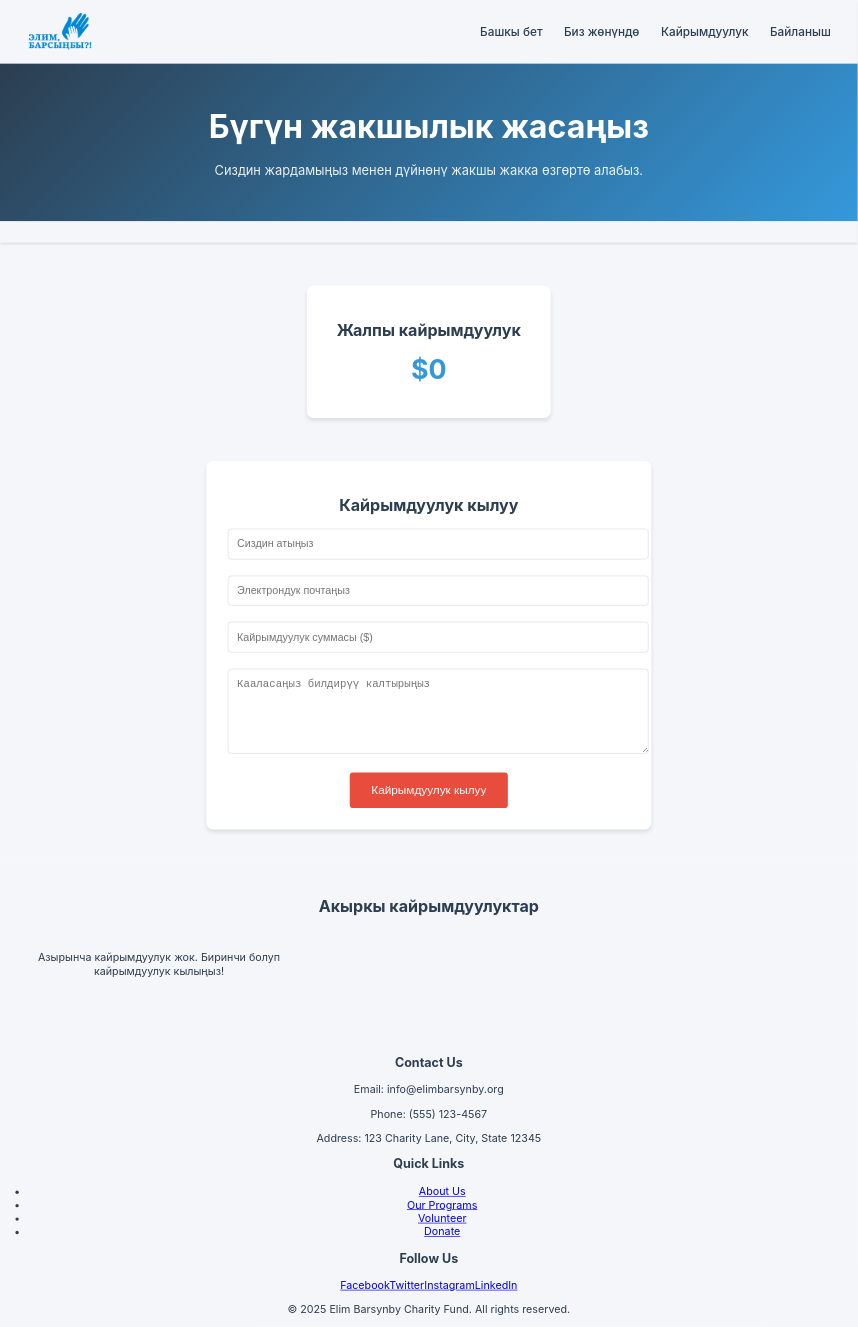
Repository: krmvz/elimbarsynby-
Page: / (app in elim-barsynby-charity/)
These files come from the project's save history. The page is drawn as it stood at one moment and after the next save; the edit follows.
The browser window is 1280 px wide. The pictures show the whole page, at 67% of full size.
The page's requests for data from a server got no answer. The project was rebuilt for these pictures with package versions that can differ from the ones it lists, and the page was loaded fresh each time. No one was signed in, and anything a server would have sent is missing.

Above is the page before, as saved 2025-06-17 18:59:12.

### elim-barsynby-charity/public/index.html
<!DOCTYPE html>
<html lang="en">
  <head>
    <meta charset="utf-8" />
    <link rel="icon" href="%PUBLIC_URL%/favicon.ico" />
    <meta name="viewport" content="width=device-width, initial-scale=1" />
    <meta name="theme-color" content="#2c3e50" />
    <meta
      name="description"
      content="Elim Barsynby Charity Fund - Making a difference in our community through your generous donations"
    />
    <link rel="apple-touch-icon" href="%PUBLIC_URL%/logo192.png" />
    <link rel="manifest" href="%PUBLIC_URL%/manifest.json" />
    <title>Elim Barsynby Charity Fund</title>
  </head>
  <body>
    <noscript>You need to enable JavaScript to run this app.</noscript>
    <div id="root"></div>
  </body>
</html>

### elim-barsynby-charity/src/App.tsx
import React, { useState, useEffect } from 'react';
import Header from './components/Header';
import Footer from './components/Footer';
import './App.css';
import './components/styles.css';

interface Donation {
  _id: string;
  donor: string;
  amount: number;
  message?: string;
  date: string;
}

function App() {
  const [donations, setDonations] = useState<Donation[]>([]);
  const [totalDonations, setTotalDonations] = useState<number>(0);
  const [formData, setFormData] = useState({
    donor: '',
    amount: '',
    message: '',
    email: ''
  });

  useEffect(() => {
    fetchDonations();
    fetchTotalDonations();
  }, []);

  const fetchDonations = async () => {
    try {
      const response = await fetch('http://localhost:5000/api/donations');
      if (!response.ok) {
        throw new Error('Failed to fetch donations');
      }
      const data = await response.json();
      setDonations(Array.isArray(data) ? data : []);
    } catch (error) {
      console.error('Error fetching donations:', error);
      setDonations([]);
    }
  };

  const fetchTotalDonations = async () => {
    try {
      const response = await fetch('http://localhost:5000/api/donations/total');
      if (!response.ok) {
        throw new Error('Failed to fetch total donations');
      }
      const data = await response.json();
      setTotalDonations(data.total || 0);
    } catch (error) {
      console.error('Error fetching total donations:', error);
      setTotalDonations(0);
    }
  };

  const handleSubmit = async (e: React.FormEvent) => {
    e.preventDefault();
    try {
      const response = await fetch('http://localhost:5000/api/donations', {
        method: 'POST',
        headers: {
          'Content-Type': 'application/json',
        },
        body: JSON.stringify(formData),
      });
      if (!response.ok) {
        throw new Error('Failed to submit donation');
      }
      setFormData({ donor: '', amount: '', message: '', email: '' });
      fetchDonations();
      fetchTotalDonations();
    } catch (error) {
      console.error('Error submitting donation:', error);
    }
  };

  const handleChange = (e: React.ChangeEvent<HTMLInputElement | HTMLTextAreaElement>) => {
    setFormData({
      ...formData,
      [e.target.name]: e.target.value
    });
  };

  return (
    <div className="App">
      <Header />

      <main className="main-content">
        <section className="donation-stats">
          <div className="stat-card">
            <h2>Жалпы кайрымдуулук</h2>
            <p className="amount">${totalDonations.toLocaleString()}</p>
          </div>
        </section>

        <section className="donation-form" id="donate">
          <h2>Кайрымдуулук кылуу</h2>
          <form onSubmit={handleSubmit}>
            <div className="form-group">
              <input
                type="text"
                name="donor"
                value={formData.donor}
                onChange={handleChange}
                placeholder="Сиздин атыңыз"
                required
              />
            </div>
            <div className="form-group">
              <input
                type="email"
                name="email"
                value={formData.email}
                onChange={handleChange}
                placeholder="Электрондук почтаңыз"
                required
              />
            </div>
            <div className="form-group">
              <input
                type="number"
                name="amount"
                value={formData.amount}
                onChange={handleChange}
                placeholder="Кайрымдуулук суммасы ($)"
                required
              />
            </div>
            <div className="form-group">
              <textarea
                name="message"
                value={formData.message}
                onChange={handleChange}
                placeholder="Кааласаңыз билдирүү калтырыңыз"
              />
            </div>
            <button type="submit" className="donate-button">Кайрымдуулук кылуу</button>
          </form>
        </section>

        <section className="recent-donations">
          <h2>Акыркы кайрымдуулуктар</h2>
          <div className="donations-list">
            {donations && donations.length > 0 ? (
              donations.map((donation) => (
                <div key={donation._id} className="donation-card">
                  <h3>{donation.donor}</h3>
                  <p className="amount">${donation.amount}</p>
                  {donation.message && <p className="message">"{donation.message}"</p>}
                  <p className="date">{new Date(donation.date).toLocaleDateString()}</p>
                </div>
              ))
            ) : (
              <p>Азырынча кайрымдуулук жок. Биринчи болуп кайрымдуулук кылыңыз!</p>
            )}
          </div>
        </section>
      </main>

      <Footer />
    </div>
  );
}

export default App;

### elim-barsynby-charity/src/components/Header.tsx
import React from 'react';
import Logo from './Logo';
import './styles.css';

const Header: React.FC = () => {
  return (
    <header className="header">
      <div className="header-content">
        <div className="logo-container">
          <Logo />
        </div>
        <nav className="nav-menu">
          <a href="#home" className="nav-link">Башкы бет</a>
          <a href="#about" className="nav-link">Биз жөнүндө</a>
          <a href="#donate" className="nav-link">Кайрымдуулук</a>
          <a href="#contact" className="nav-link">Байланыш</a>
        </nav>
      </div>

      <div className="hero">
        <h1>Бүгүн жакшылык жасаңыз</h1>
        <p>Сиздин жардамыңыз менен дүйнөнү жакшы жакка өзгөртө алабыз.</p>
      </div>
    </header>
  );
};

export default Header;

### elim-barsynby-charity/src/components/Footer.tsx
import React from 'react';

const Footer: React.FC = () => {
  return (
    <footer className="footer">
      <div className="footer-content">
        <div className="footer-section">
          <h3>Contact Us</h3>
          <p>Email: info@elimbarsynby.org</p>
          <p>Phone: (555) 123-4567</p>
          <p>Address: 123 Charity Lane, City, State 12345</p>
        </div>

        <div className="footer-section">
          <h3>Quick Links</h3>
          <ul>
            <li><a href="#about">About Us</a></li>
            <li><a href="#programs">Our Programs</a></li>
            <li><a href="#volunteer">Volunteer</a></li>
            <li><a href="#donate">Donate</a></li>
          </ul>
        </div>

        <div className="footer-section">
          <h3>Follow Us</h3>
          <div className="social-links">
            <a href="https://facebook.com" target="_blank" rel="noopener noreferrer">Facebook</a>
            <a href="https://twitter.com" target="_blank" rel="noopener noreferrer">Twitter</a>
            <a href="https://instagram.com" target="_blank" rel="noopener noreferrer">Instagram</a>
            <a href="https://linkedin.com" target="_blank" rel="noopener noreferrer">LinkedIn</a>
          </div>
        </div>
      </div>

      <div className="footer-bottom">
        <p>&copy; {new Date().getFullYear()} Elim Barsynby Charity Fund. All rights reserved.</p>
      </div>
    </footer>
  );
};

export default Footer;

### elim-barsynby-charity/src/App.css
:root {
  --primary-color: #2c3e50;
  --secondary-color: #3498db;
  --accent-color: #e74c3c;
  --background-color: #f5f6fa;
  --text-color: #2c3e50;
  --card-background: #ffffff;
}

.App {
  text-align: center;
  background-color: var(--background-color);
  min-height: 100vh;
  color: var(--text-color);
  display: flex;
  flex-direction: column;
}

.main-content {
  flex: 1;
  padding: 2rem 0;
}

.hero {
  background: linear-gradient(135deg, var(--primary-color), var(--secondary-color));
  color: white;
  padding: 2rem 0 4rem;
  margin-bottom: 2rem;
}

.donation-stats {
  padding: 2rem;
  margin-bottom: 2rem;
}

.stat-card {
  background: var(--card-background);
  border-radius: 10px;
  padding: 2rem;
  box-shadow: 0 4px 6px rgba(0, 0, 0, 0.1);
  display: inline-block;
  min-width: 300px;
}

.stat-card .amount {
  font-size: 2.5rem;
  color: var(--secondary-color);
  font-weight: bold;
  margin: 1rem 0;
}

.donation-form {
  max-width: 600px;
  margin: 0 auto 3rem;
  padding: 2rem;
  background: var(--card-background);
  border-radius: 10px;
  box-shadow: 0 4px 6px rgba(0, 0, 0, 0.1);
}

.form-group {
  margin-bottom: 1.5rem;
}

input, textarea {
  width: 100%;
  padding: 0.8rem;
  border: 1px solid #ddd;
  border-radius: 5px;
  font-size: 1rem;
  transition: border-color 0.3s ease;
}

input:focus, textarea:focus {
  outline: none;
  border-color: var(--secondary-color);
}

textarea {
  min-height: 100px;
  resize: vertical;
}

.donate-button {
  background-color: var(--accent-color);
  color: white;
  border: none;
  padding: 1rem 2rem;
  font-size: 1.1rem;
  border-radius: 5px;
  cursor: pointer;
  transition: background-color 0.3s ease;
}

.donate-button:hover {
  background-color: #c0392b;
}

.recent-donations {
  padding: 2rem;
  background: var(--background-color);
}

.donations-list {
  display: grid;
  grid-template-columns: repeat(auto-fill, minmax(280px, 1fr));
  gap: 1.5rem;
  padding: 1rem;
  max-width: 1200px;
  margin: 0 auto;
}

.donation-card {
  background: var(--card-background);
  border-radius: 10px;
  padding: 1.5rem;
  box-shadow: 0 2px 4px rgba(0, 0, 0, 0.1);
  transition: transform 0.3s ease;
}

.donation-card:hover {
  transform: translateY(-5px);
}

.donation-card h3 {
  color: var(--primary-color);
  margin-bottom: 0.5rem;
}

.donation-card .amount {
  font-size: 1.5rem;
  color: var(--secondary-color);
  font-weight: bold;
  margin: 0.5rem 0;
}

.donation-card .message {
  font-style: italic;
  color: #666;
  margin: 0.5rem 0;
}

.donation-card .date {
  font-size: 0.9rem;
  color: #888;
  margin-top: 0.5rem;
}

@media (max-width: 768px) {
  .hero h1 {
    font-size: 2rem;
  }

  .hero p {
    font-size: 1rem;
  }

  .donation-form {
    margin: 1rem;
  }

  .donations-list {
    grid-template-columns: 1fr;
  }
}

### elim-barsynby-charity/src/components/styles.css
.header {
  width: 100%;
  background-color: var(--background-color);
  box-shadow: 0 2px 4px rgba(0, 0, 0, 0.1);
}

.header-content {
  max-width: 1200px;
  margin: 0 auto;
  padding: 1rem 2rem;
  display: flex;
  justify-content: space-between;
  align-items: center;
}

.logo-container {
  flex-shrink: 0;
}

.logo-container svg {
  width: 150px;
  height: auto;
}

.nav-menu {
  display: flex;
  gap: 2rem;
}

.nav-link {
  color: var(--primary-color);
  text-decoration: none;
  font-weight: 500;
  font-size: 1.1rem;
  transition: color 0.3s ease;
}

.nav-link:hover {
  color: var(--secondary-color);
}

.hero {
  text-align: center;
  padding: 4rem 2rem;
  background: linear-gradient(135deg, var(--primary-color), var(--secondary-color));
  color: white;
}

.hero h1 {
  font-size: 3rem;
  margin-bottom: 1.5rem;
}

.hero p {
  font-size: 1.2rem;
  max-width: 800px;
  margin: 0 auto;
  opacity: 0.9;
}

@media (max-width: 768px) {
  .header-content {
    flex-direction: column;
    gap: 1rem;
    padding: 1rem;
  }

  .nav-menu {
    flex-direction: column;
    align-items: center;
    gap: 1rem;
  }

  .hero {
    padding: 2rem 1rem;
  }

  .hero h1 {
    font-size: 2rem;
  }

  .hero p {
    font-size: 1rem;
  }
}

### elim-barsynby-charity/src/components/Logo.tsx
import React from 'react';
import logo from '../images/IMG_3405.PNG';

const Logo: React.FC = () => {
  return (
    <img
      src={logo}
      alt="Elim Barsynby Charity Logo"
      style={{
        width: '100px',
        height: 'auto',
        objectFit: 'contain'
      }}
    />
  );
};

export default Logo;

Loaded but not shown: elim-barsynby-charity/src/index.tsx (common file); elim-barsynby-charity/src/index.css (common file); elim-barsynby-charity/src/reportWebVitals.ts (common file)

After the next save:
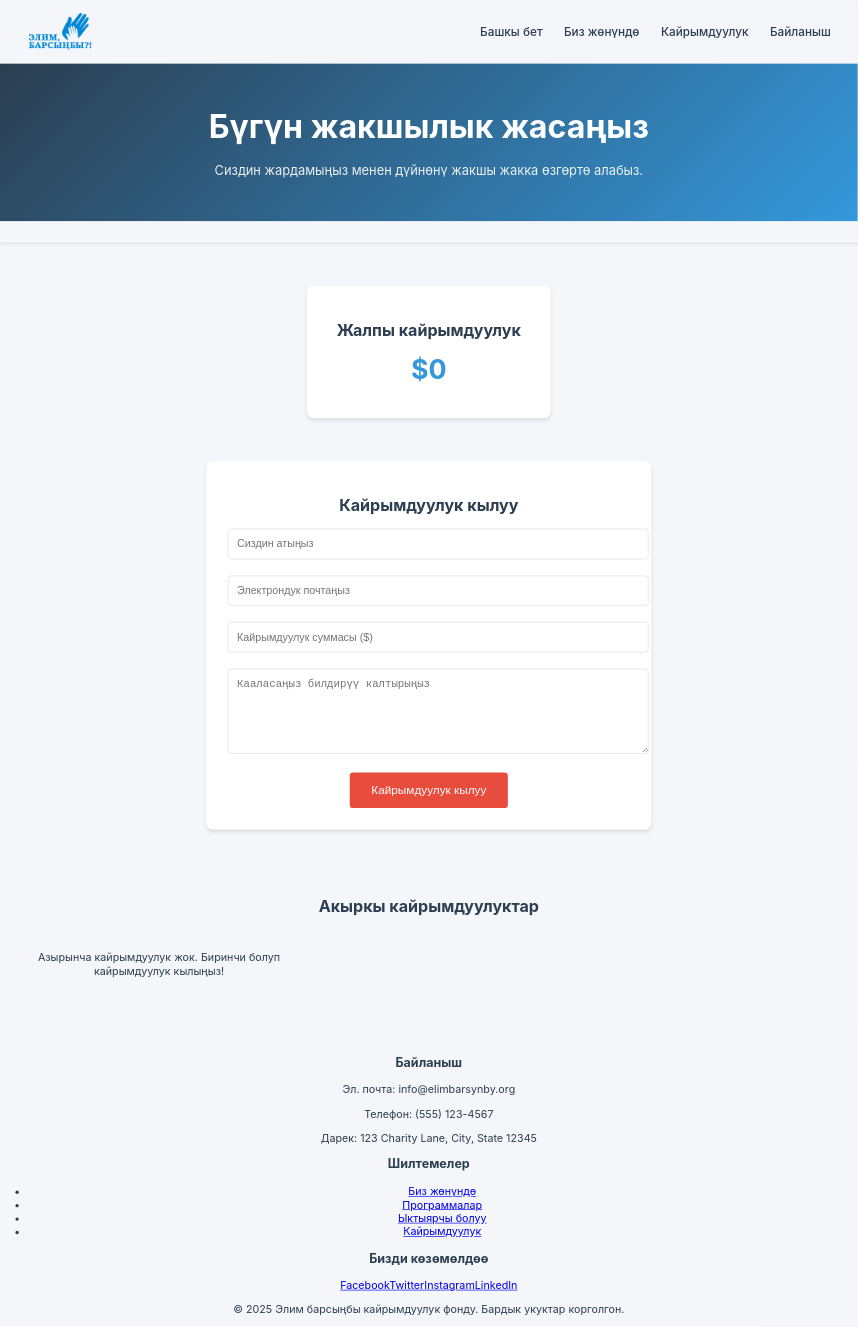
Saved 101 s later.
--- a/elim-barsynby-charity/src/components/Footer.tsx
+++ b/elim-barsynby-charity/src/components/Footer.tsx
@@ -5,24 +5,24 @@ const Footer: React.FC = () => {
     <footer className="footer">
       <div className="footer-content">
         <div className="footer-section">
-          <h3>Contact Us</h3>
-          <p>Email: info@elimbarsynby.org</p>
-          <p>Phone: (555) 123-4567</p>
-          <p>Address: 123 Charity Lane, City, State 12345</p>
+          <h3>Байланыш</h3>
+          <p>Эл. почта: info@elimbarsynby.org</p>
+          <p>Телефон: (555) 123-4567</p>
+          <p>Дарек: 123 Charity Lane, City, State 12345</p>
         </div>
 
         <div className="footer-section">
-          <h3>Quick Links</h3>
+          <h3>Шилтемелер</h3>
           <ul>
-            <li><a href="#about">About Us</a></li>
-            <li><a href="#programs">Our Programs</a></li>
-            <li><a href="#volunteer">Volunteer</a></li>
-            <li><a href="#donate">Donate</a></li>
+            <li><a href="#about">Биз жөнүндө</a></li>
+            <li><a href="#programs">Программалар</a></li>
+            <li><a href="#volunteer">Ыктыярчы болуу</a></li>
+            <li><a href="#donate">Кайрымдуулук</a></li>
           </ul>
         </div>
 
         <div className="footer-section">
-          <h3>Follow Us</h3>
+          <h3>Бизди көзөмөлдөө</h3>
           <div className="social-links">
             <a href="https://facebook.com" target="_blank" rel="noopener noreferrer">Facebook</a>
             <a href="https://twitter.com" target="_blank" rel="noopener noreferrer">Twitter</a>
@@ -33,7 +33,7 @@ const Footer: React.FC = () => {
       </div>
 
       <div className="footer-bottom">
-        <p>&copy; {new Date().getFullYear()} Elim Barsynby Charity Fund. All rights reserved.</p>
+        <p>&copy; {new Date().getFullYear()} Элим барсыңбы кайрымдуулук фонду. Бардык укуктар корголгон.</p>
       </div>
     </footer>
   );
